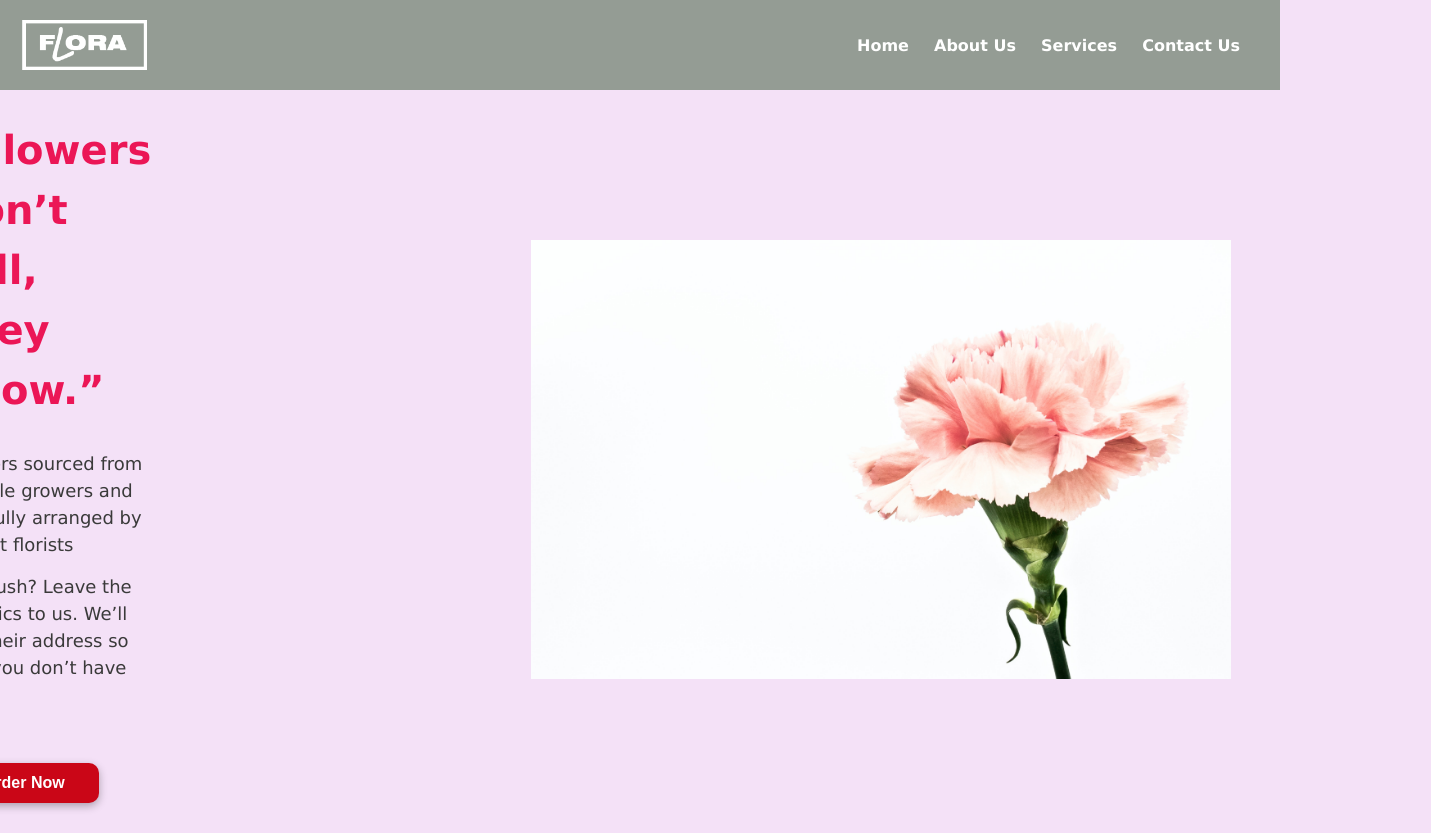
Repository: SaadYasin/test003-flex-box
Page: index.html
An editor plug-in stored every save of this project. The page is shown before and after the next save, followed by the edit.
The browser window is 1280 px wide. The page is 1431 px wide, so the pictures cover 1431 px, including what lies to the right of the window. The pictures show the whole page.

Above is the page before, as saved 2022-10-30 12:55:05.

After the next save:
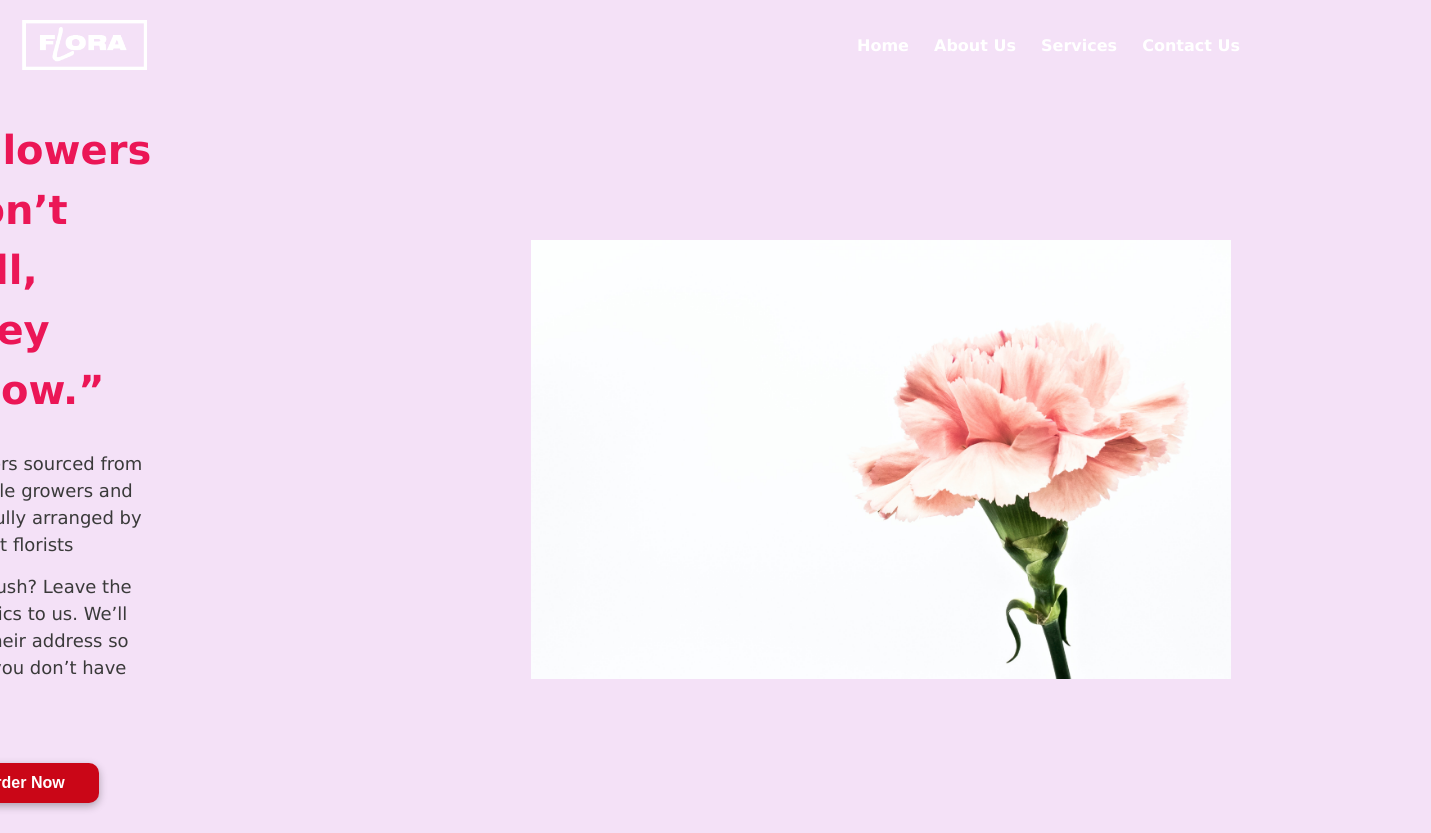
Saved 10 s later.
--- a/styles.css
+++ b/styles.css
@@ -19,7 +19,7 @@ header {
   justify-content: space-between;
   align-items: center;
   /* width: 90%; */
-  background: rgba(86, 110, 84, 0.6);
+  /* background: rgba(86, 110, 84, 0.6); */
   height: 90px;
   padding: 20px;
 

After the save that followed:
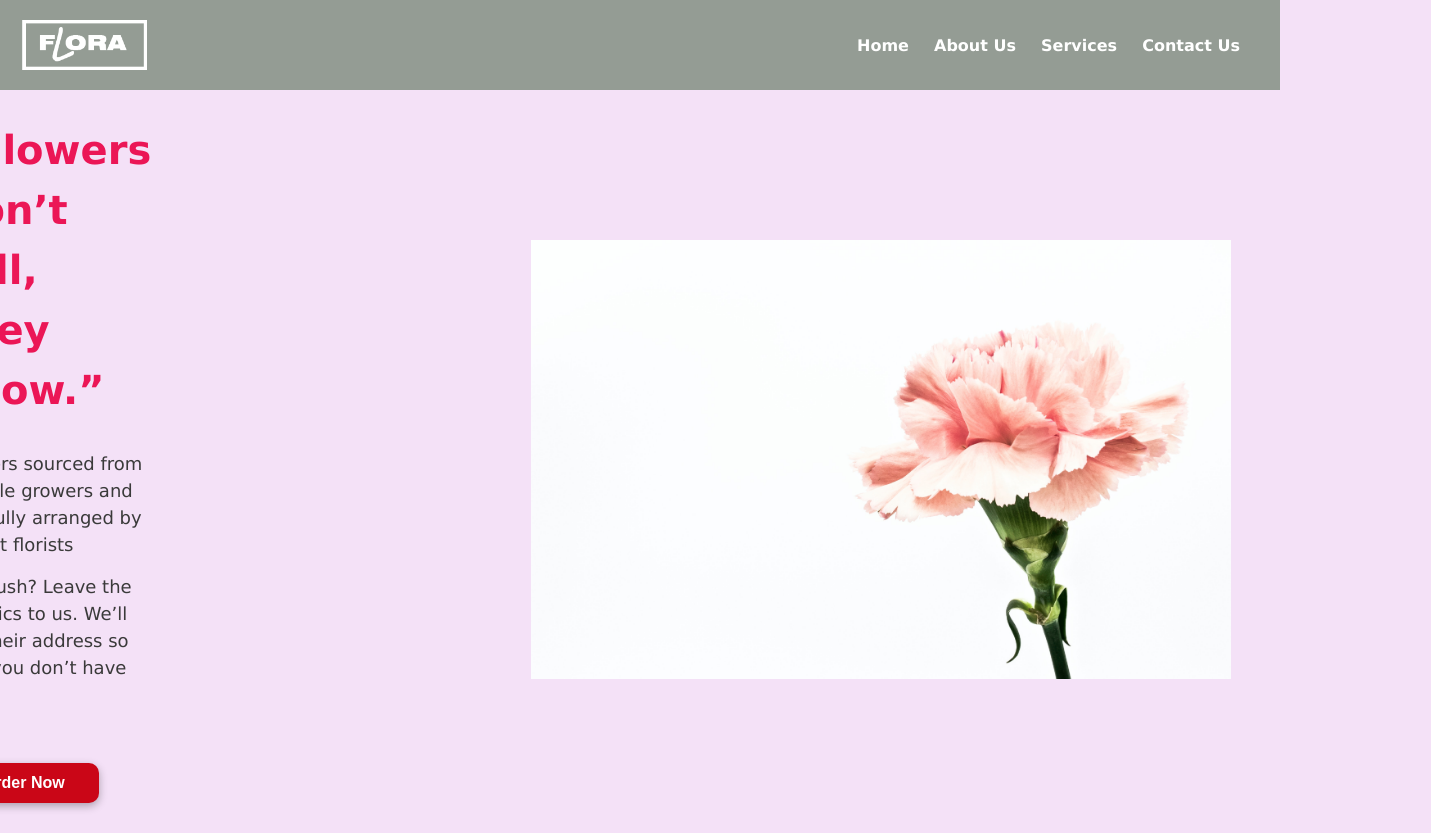
Saved 4 s later.
--- a/styles.css
+++ b/styles.css
@@ -12,6 +12,7 @@ body {
 header {
   /* width: 90%;
   margin: 0 auto; */
+  background: rgba(86, 110, 84, 0.6);
 }
 
 .header-container {
